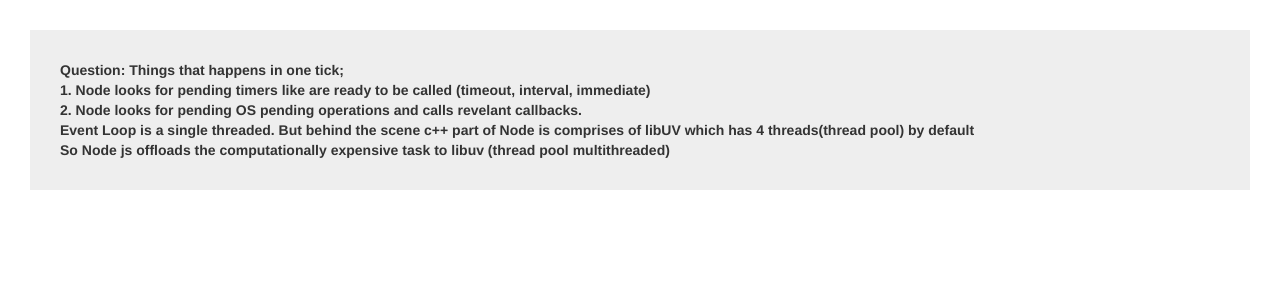
Repository: rahil001/preparation
Page: javascriptPrac/index.html
The author's editor kept a copy of each file at every save. The page is drawn from the files as they stood at one save, then again after the next save.
The browser window is 1280 px wide. The pictures show the whole page.

Above is the page before, as saved 2019-10-27 21:12:50.

After the next save:
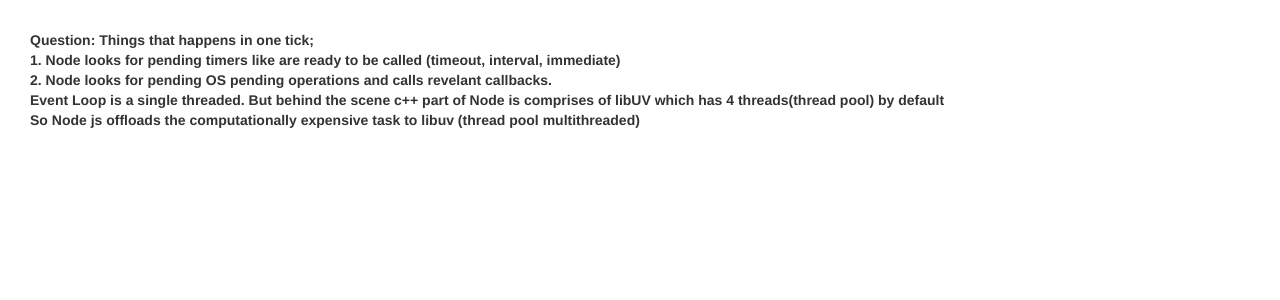
Saved 2 min 23 s later.
--- a/javascriptPrac/index.html
+++ b/javascriptPrac/index.html
@@ -14,7 +14,7 @@
     </style>
 </head>
 <body>
-<div class="jumbotron">
+<div class>
     <b>Question: Things that happens in one tick;<b>
     <div>
         <div>
@@ -25,8 +25,8 @@
         </div>
     </div>
     <div>
-        Event Loop is a single threaded. But behind the scene c++ part of Node is comprises of libUV which has 4 threads(thread pool) by default
-        <div>So Node js offloads the computationally expensive task to libuv (thread pool multithreaded)</div>
+    Event Loop is a single threaded. But behind the scene c++ part of Node is comprises of libUV which has 4 threads(thread pool) by default
+    <div>So Node js offloads the computationally expensive task to libuv (thread pool multithreaded)</div>
     </div>
 
 </div>
